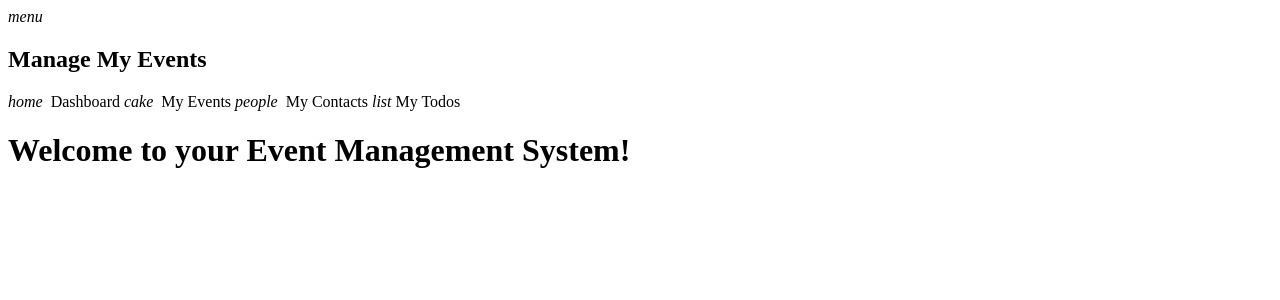
Repository: ktnrn/manage-my-events
Page: app/src/dashboard/dashboard.html
The author's editor kept a copy of each file at every save. The page is drawn from the files as they stood at one save, then again after the next save.
The browser window is 1280 px wide. The pictures show the whole page.

Above is the page before, as saved 2017-10-01 17:31:33.

### app/src/dashboard/dashboard.html
<md-toolbar layout="row">
    <div class="md-toolbar-tools" class="md-whiteframe-z3   ">
        <md-button class="md-icon-button" aria-label="Settings" ng-disabled="false">
                <i class="material-icons">menu</i>
        </md-button>
        <h2 md-truncate>Manage My Events</h2>
    </div>
</md-toolbar>
<div layout="row" flex>
        <md-sidenav md-is-locked-open="$mdMedia('gt-sm')" layout="column" class="md-whiteframe-z2">
            <md-list>
                    <md-list-item>
                            <i class="material-icons">home</i>
                            <label for="">&nbsp;Dashboard</label>
                    </md-list-item>
                    <md-list-item>
                            <i class="material-icons">cake</i>
                            <label for="">&nbsp;My Events</label>
                    </md-list-item>
                    <md-list-item>
                            <i class="material-icons">people</i>
                            <label for="">&nbsp;My Contacts</label>
                    </md-list-item>
                    <md-list-item>
                            <i class="material-icons">list</i><label>&nbsp;My Todos</label>
                    </md-list-item>
            </md-list>
        </md-sidenav>
        <md-content id="content" flex>
            <div layout="row">
                <h1>Welcome to your Event Management System!</h1></div>
        </md-content>
</div>

After the next save:
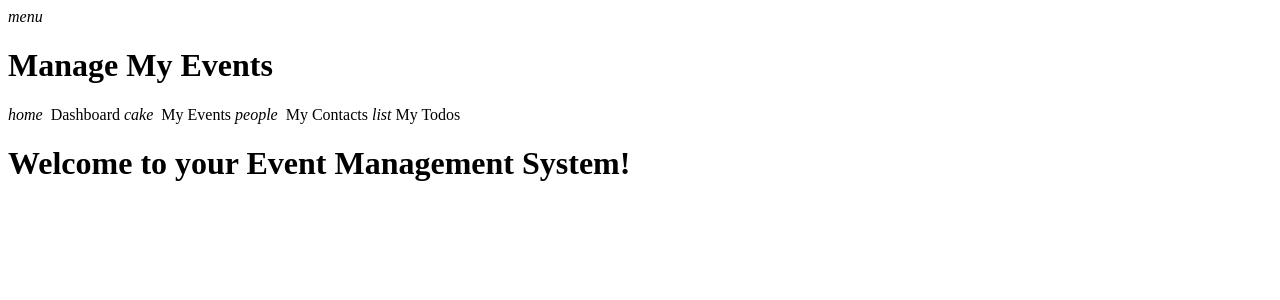
Saved 79 s later.
--- a/app/src/dashboard/dashboard.html
+++ b/app/src/dashboard/dashboard.html
@@ -3,7 +3,7 @@
         <md-button class="md-icon-button" aria-label="Settings" ng-disabled="false">
                 <i class="material-icons">menu</i>
         </md-button>
-        <h2 md-truncate>Manage My Events</h2>
+        <h1 md-truncate>Manage My Events</h2>
     </div>
 </md-toolbar>
 <div layout="row" flex>
